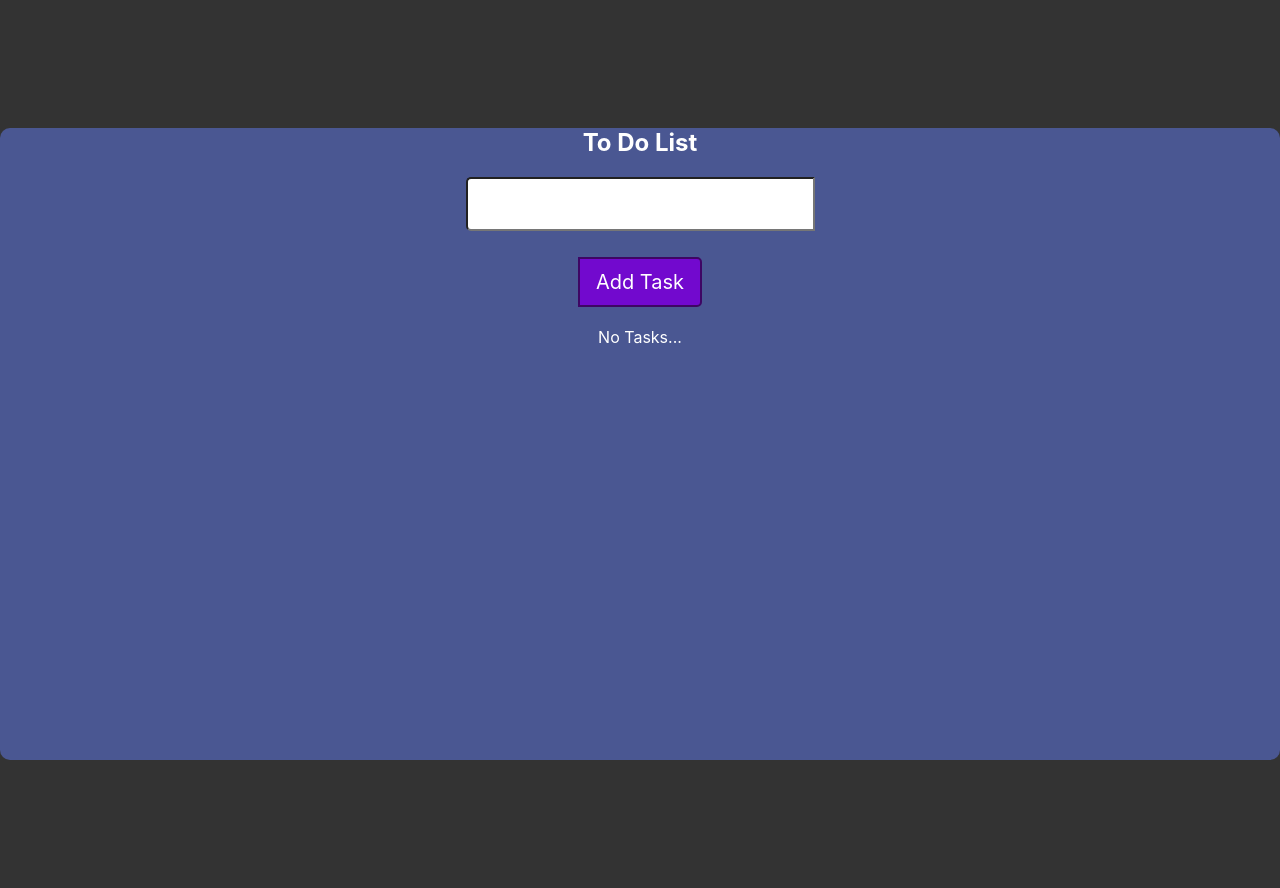
Repository: kirangautam45/ToDoList
Page: /
These files come from the project's save history. The page is drawn as it stood at one moment and after the next save; the edit follows.
The browser window is 1280 px wide. The pictures show the whole page.
The project was rebuilt for these pictures with package versions that can differ from the ones it lists, and the page was loaded fresh each time. Also part of the build but not shown: src/components/Update.js.

Above is the page before, as saved 2022-08-07 20:47:15.

### src/App.js
import { useState } from "react";
import TodoForm from "./components/TodoForm";
import Update from "./components/Update";
import ToDo from "./components/Todo";

import "./App.css";

function App() {
  // Tasks (To Do List) State
  const [toDo, setToDo] = useState([]);
  const [newTask, setNewTask] = useState("");
  const [updateData, setUpdateData] = useState("");

  // Add task
  const addTask = () => {
    if (newTask) {
      let num = toDo.length + 1;
      let newEntry = { id: num, title: newTask, status: false };
      setToDo([...toDo, newEntry]);
      setNewTask("");
    }
  };

  // Delete task
  const deleteTask = (id) => {
    let newTasks = toDo.filter((task) => task.id !== id);
    setToDo(newTasks);
  };

  // Mark task as completed
  const markDone = (id) => {
    let newTask = toDo.map((task) => {
      if (task.id === id) {
        return { ...task, status: !task.status };
      }
      return task;
    });
    setToDo(newTask);
  };

  // Cancel update
  const cancelUpdate = () => {
    setUpdateData("");
  };

  // Change task for update
  const changeTask = (e) => {
    let newEntry = {
      id: updateData.id,
      title: e.target.value,
      status: updateData.status ? true : false,
    };
    setUpdateData(newEntry);
  };

  // Update task
  const updateTask = () => {
    let filterRecords = [...toDo].filter((task) => task.id !== updateData.id);
    let updatedObject = [...filterRecords, updateData];
    setToDo(updatedObject);
    setUpdateData("");
  };
  // search task

  return (
    <div className="container">
      <h2>To Do List</h2>

      {updateData && updateData ? (
        <Update
          updateData={updateData}
          changeTask={changeTask}
          updateTask={updateTask}
          cancelUpdate={cancelUpdate}
        />
      ) : (
        <TodoForm newTask={newTask} setNewTask={setNewTask} addTask={addTask} />
      )}

      {toDo && toDo.length ? "" : "No Tasks..."}

      <ToDo
        toDo={toDo}
        markDone={markDone}
        setUpdateData={setUpdateData}
        deleteTask={deleteTask}
      />
    </div>
  );
}

export default App;

### src/components/TodoForm.js
import React from "react";

const TodoForm = ({ newTask, setNewTask, addTask }) => {
  return (
    <div>
      <div className="row">
        <div className="col">
          <input
            value={newTask}
            onChange={(e) => setNewTask(e.target.value)}
            className="form-control"
          />
        </div>
        <div className="col-auto">
          <button onClick={addTask} className="btn-success">
            Add Task
          </button>
        </div>
      </div>
      <br />
    </div>
  );
};

export default TodoForm;

### src/components/Todo.js
import React from "react";
import { FontAwesomeIcon } from "@fortawesome/react-fontawesome";
import {
  faCircleCheck,
  faPen,
  faTrashCan,
} from "@fortawesome/free-solid-svg-icons";
const Todo = ({ toDo, markDone, setUpdateData, deleteTask }) => {
  return (
    <div>
      {toDo &&
        toDo
          .sort((a, b) => (a.id > b.id ? 1 : -1))
          .map((task, index) => {
            return (
              <React.Fragment key={task.id}>
                <div className="col taskBg">
                  <div className={task.status ? "done" : ""}>
                    <span className="taskNumber">{index + 1}</span>
                    <span className="taskText">{task.title}</span>
                  </div>
                  <div className="iconsWrap">
                    <span
                      title="Completed / Not Completed"
                      onClick={(e) => markDone(task.id)}
                    >
                      <FontAwesomeIcon icon={faCircleCheck} />
                    </span>

                    {task.status ? null : (
                      <span
                        title="Edit"
                        onClick={() =>
                          setUpdateData({
                            id: task.id,
                            title: task.title,
                            status: task.status ? true : false,
                          })
                        }
                      >
                        <FontAwesomeIcon icon={faPen} />
                      </span>
                    )}

                    <span title="Delete" onClick={() => deleteTask(task.id)}>
                      <FontAwesomeIcon icon={faTrashCan} />
                    </span>
                  </div>
                </div>
              </React.Fragment>
            );
          })}
    </div>
  );
};

export default Todo;

### src/App.css
body {
  background-color: #333;
  color: #fff;
}

.container{

  flex-direction: column;
  justify-content: start;
  width: 5;
  min-height: 600px;
  background: #4a5792;
  text-align: center;
  margin: 128px auto;
  border-radius: 10px;
  padding-bottom: 32px;
}

.taskBg {
  background-color: rgb(130, 94, 94);
  border-radius: 6px;
  margin-bottom: 20px;
  padding: 10px 140px 10px 15px;
  text-align: left;
  font-size: 22px;
  position: relative;
}

.taskBg div {
  display: flex;
  align-items: center;
}

.taskNumber {
  color: rgb(180, 84, 84);
  border: 1px solid rgb(108, 39, 39);
  border-radius: 50%;
  width: 26px;
  height: 26px;
  display: flex;
  text-align: center;
  font-size: 14px;
  margin-right: 8px;
  align-items: center;
  justify-content: center;
}

.taskBg .taskText {
  flex: 1;
}

.taskBg .done .taskText {
  text-decoration: line-through;
  opacity: 0.8;
}

.taskBg .iconsWrap {
  position: absolute;
  top: 50%;
  transform: translateY(-50%);
  right: 15px;
  width: auto;
  display: inline-block;
}

.taskBg .iconsWrap span {
  display: inline-block;
  margin: 0px 10px 0 10px;
  cursor: pointer;
  color: #94e2be;
}

.taskBg .iconsWrap span:hover {
  color: rgb(250, 250, 23);
}

.mr-20 {
  margin-right: 20px;
}
.btn-success{
  flex: 0.6;
    min-height: 50px;
    font-family: var(--font-family);
    font-weight: 400;
    font-size: 20px;
    line-height: 28px;
    background: #7209ce;
    border: 2px solid #3e0664;
    padding: 0 1rem;
    color: #fff;
    cursor: pointer;
    outline: none;
    margin-top: 2%;
    border-top-right-radius: 5px;
    border-bottom-right-radius: 5px;
}
.btn-warning{
  flex: 0.6;
  min-height: 50px;
  font-weight: 400;
  font-size: 20px;
  line-height: 28px;
  background: #FF4820;
  border: 2px solid #FF4820;
  padding: 0 1rem;
  color: #fff;
  margin-left: 10px;
  margin-top: 2%;
  cursor: pointer;
  outline: none;
  border-top-right-radius: 5px;
  border-bottom-right-radius: 5px;

}

.form-control{
  flex: 2;
  min-height: 50px;
  font-family: var(--font-family);
  font-weight: 400;
  font-size: 20px;
  line-height: 28px;
  padding: 0 1rem;
  outline: none;
  color: rgb(28, 27, 27);
  border-top-left-radius: 5px;
  border-bottom-left-radius: 5px;
}

Loaded but not shown: public/index.html (common file); src/index.js (common file); src/index.css (common file); src/reportWebVitals.js (common file)

After the next save:
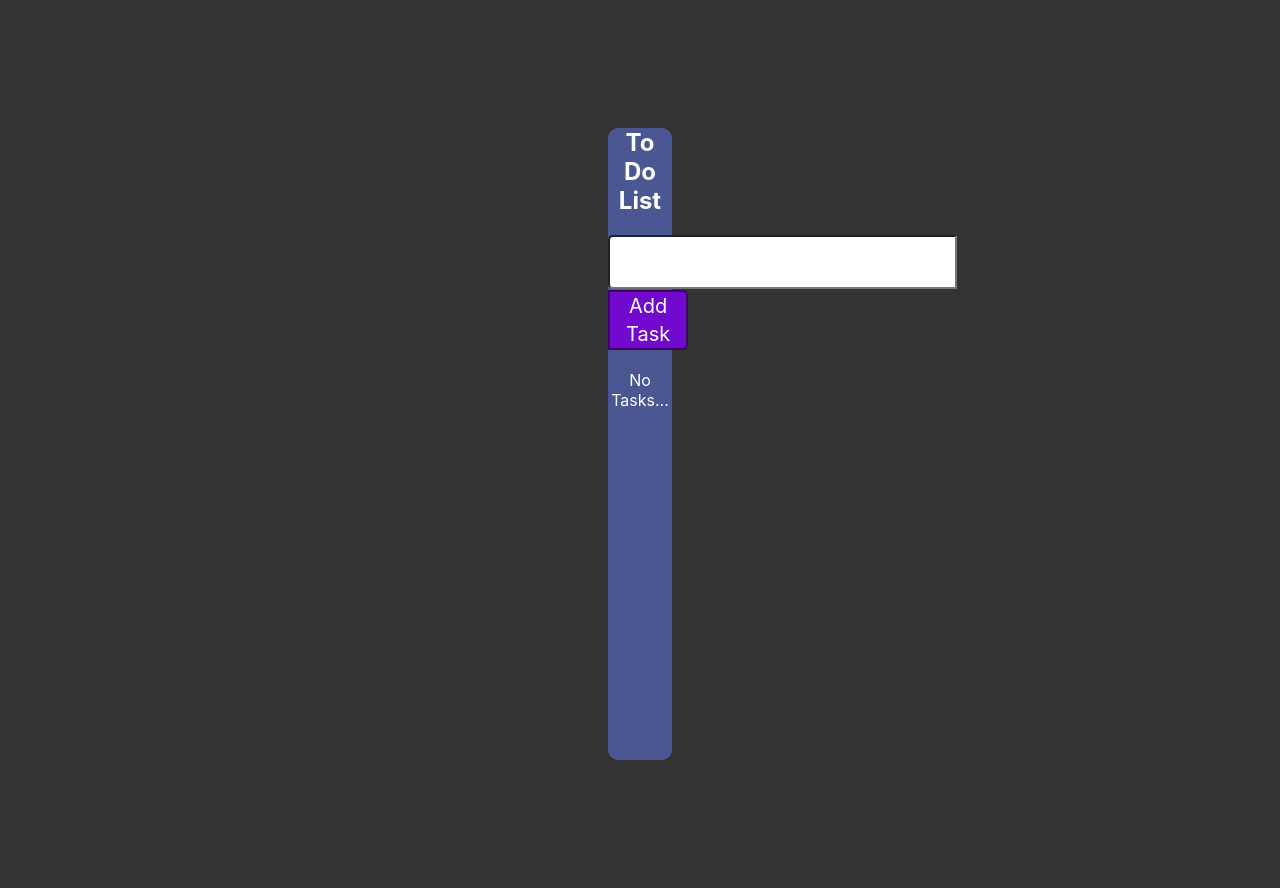
Saved 6 s later.
--- a/src/App.css
+++ b/src/App.css
@@ -7,7 +7,7 @@ body {
 
   flex-direction: column;
   justify-content: start;
-  width: 5;
+  width: 5%;
   min-height: 600px;
   background: #4a5792;
   text-align: center;
